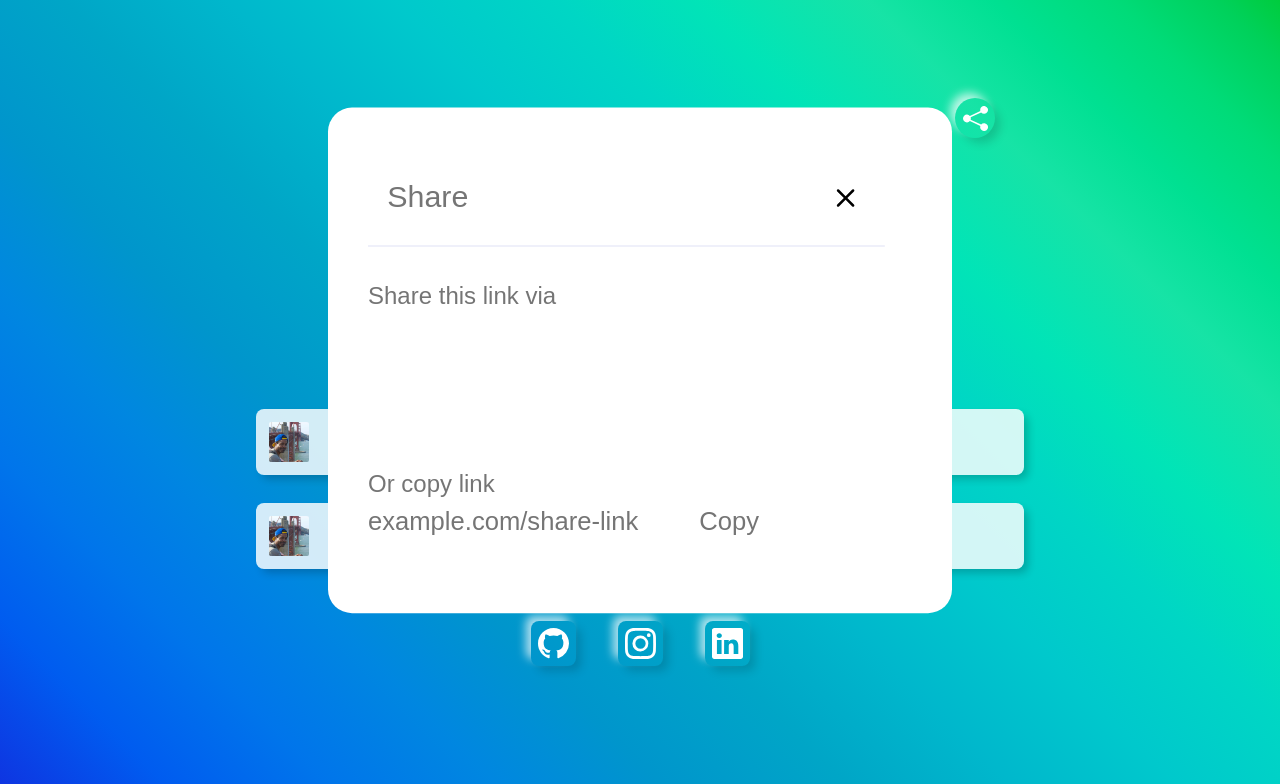
Repository: MateLaDBrouille97/linktree
Page: /
An editor plug-in stored every save of this project. The page is shown before and after the next save, followed by the edit.
The browser window is 1280 px wide. The pictures show the whole page.
The project was rebuilt for these pictures with package versions that can differ from the ones it lists, and the page was loaded fresh each time. The framework's server and built-in components were replaced by stand-ins that run in the browser. Also part of the build but not shown: next.config.js, styles/Home.module.css, styles/scrollup.css.

Above is the page before, as saved 2023-01-23 21:48:52.

### app/layout.tsx
"use client";

import '@/styles/globals.css'
import '../styles/Home.module.css';
import '../styles/scrollup.css';
import '../styles/home.css';
import '../styles/socials.css';
import '../styles/share.css';
import ScrollDow from '../components/ScrollDow';
import ScrollUp from '../components/scrollup/ScrollUp'

export default function RootLayout({
    children,
  }: {
    children: React.ReactNode;
  }) {
    return (
      <html lang="en">
        <body>{children}</body>
        {/* <ScrollDow/> */}
        {/* <ScrollUp/> */}
      </html>
    );
  }

### app/page.tsx
"use client";

import Image from "next/image";
import data from "data.json";
import image from "../public/ManuelTL2.jpg";
import image1 from "../public/ManuelTL2.jpg";
import { useEffect, useState } from "react";
import Socials from "../components/Socials";
import Share from "@/components/Share";

function LinkCard({
  href,
  title,
  image,
}: {
  href: string;
  title: string;
  image?: string;
}) {
  return (
    <a
      href={href}
      className="flex items-center p-3 w-full rounded-lg hover:scale-105 transition-all bg-gray-100 mb-3 -mt-2 max-w-3xl home__linkcard-box"
    >
      <div className="flex text-center w-full home__linkcard-card">
        <div className="w-10 h-10 home__linkcard-img">
          {image1 && (
            <Image
              className="rounded-sm"
              alt={data.name}
              src={image1}
              width={40}
              height={40}
            />
          )}
        </div>
        <h2 className="flex justify-center items-center font-semibold w-full text-gray-700 -ml-10 home__linkcard-title">
          {title}
        </h2>
      </div>
    </a>
  );
}

export default function Home() {
  /*==================== Toggle Menu ====================== */
  const [toggle, showMenu] = useState(false);
  const [activeNav, setActiveNav] = useState("#home");

  /* +++++++++++++++++++++++++++++++++++++++++++++++++ */
  // const { dbUser, image } = useUserContext();

  // const breakpoints = (width) => {
  //   if (width < 640) {
  //     return "xs";
  //   } else if (width >= 640 && width < 768) {
  //     return "sm";
  //   } else if (width >= 768 && width < 1024) {
  //     return "md";
  //   } else if (width >= 1024) {
  //     return "lg";
  //   }
  // };

  // const [breakpoint, setBreakpoint] = useState(() =>
  //   breakpoints(typeof window !== "undefined" && window.innerWidth)
  // );

  useEffect(() => {
    if (toggle) {
      // const calcInnerWidth = function () {
      //   setBreakpoint(breakpoints(window.innerWidth));
      // };
      // window.addEventListener("resize", calcInnerWidth);
      window.addEventListener("scroll", function () {
        const header = this.document.querySelector(".header");
        //scroll higher than 200 viewport height
        //add scroll header class to a tag with the scroll-top
        if (this.scrollY >= 80) header?.classList.add("scroll-header");
        else header?.classList.remove("scroll-header");
      });
    }
  }, []);

  useEffect(() => {
    showMenu(true);
  }, []);

  return (
    <div className="flex items-center flex-col mx-auto w-full justify-center mt-16 px-8 ">
      <Share/>
      <a
        href="#home"
        onClick={() => setActiveNav("#home")}
        // className={
        //   activeNav === "#home" ? "nav__logo active-link" : "nav__logo"
        // }
      >
        <Image
          className="rounded-full"
          alt={data.name}
          src={image}
          width={96}
          height={96}
        />
      </a>

      <h1 className="font-semibold mt-4 mb-8 text-xl" style={{color:"white"}}>{data.name}</h1>
      <h3 className="home__description" style={{color:"white"}}>{data.small_description}</h3>

      <div className="grid place-items-center w-full mt-2">
        {data.links.map((link) => (
          <LinkCard key={link.href} {...link} />
        ))}
      </div>

      <div className="gap-3 items-center flex mt-10">
        {data?.socials?.map((social) => {
         return(

          <Socials title={social?.title} key={social?.href} />
          )
        })}
      </div>
    </div>
  );
}

### styles/globals.css
@tailwind base;
@tailwind components;
@tailwind utilities;

body{
  height:100vh;
  background-image: linear-gradient(
  45deg,
  hsl(229deg 88% 47%) 0%,
  hsl(217deg 100% 47%) 8%,
  hsl(210deg 100% 46%) 16%,
  hsl(204deg 100% 44%) 24%,
  hsl(196deg 100% 40%) 32%,
  hsl(190deg 100% 39%) 41%,
  hsl(186deg 100% 40%) 49%,
  hsl(181deg 100% 40%) 57%,
  hsl(175deg 100% 42%) 65%,
  hsl(168deg 99% 45%) 72%,
  hsl(162deg 82% 49%) 80%,
  hsl(159deg 100% 44%) 86%,
  hsl(153deg 100% 43%) 92%,
  hsl(146deg 100% 41%) 97%,
  hsl(138deg 100% 40%) 100%
);
}

@import  url('https://api.iconify.design/material-symbols/arrow-upward.svg');

/*=============== GOOGLE FONTS ===============*/
@import url("https://fonts.googleapis.com/css2?family=Poppins:wght@400;500;600&display=swap");

/*=================== NEXT.JS ================*/

html,
body {
  padding: 0;
  margin: 0;
  font-family: -apple-system, BlinkMacSystemFont, Segoe UI, Roboto, Oxygen,
    Ubuntu, Cantarell, Fira Sans, Droid Sans, Helvetica Neue, sans-serif;
}

h1 {
  font-size: 1.75rem;
}




/*=============== VARIABLES CSS ===============*/
:root {
  --header-height: 3rem;

  /*========== Colors ==========*/
  /*Color mode HSL(hue, saturation, lightness)*/
  --hue: 0;
  --sat: 0%;
  --title-color: hsl(var(--hue), var(--sat), 20%);
  --title-color-dark: hsl(var(--hue), var(--sat), 0%);
  --text-color: hsl(var(--hue), var(--sat), 46%);
  --body-color: hsl(var(--hue), var(--sat), 98%);
  --container-color: #fff;

  /*========== Font and typography ==========*/
  --body-font: "Poppins", sans-serif;

  /*.5rem = 8px | 1rem = 16px ...*/
  --big-font-size: 3.5rem;
  --h1-font-size: 2.75rem;
  --h2-font-size: 1.5rem;
  --h3-font-size: 1.25rem;
  --normal-font-size: 1rem;
  --small-font-size: 0.875rem;
  --smaller-font-size: 0.813rem;
  --tiny-font-size: 0.625rem;

  /*========== Font weight ==========*/
  --font-normal: 400;
  --font-medium: 500;
  --font-semi-bold: 600;

  /*========== Margenes Bottom ==========*/
  /*.5rem = 8px | 1rem = 16px ...*/
  --mb-0-25: 0.25rem;
  --mb-0-5: 0.5rem;
  --mb-0-75: 0.75rem;
  --mb-1: 1rem;
  --mb-1-5: 1.5rem;
  --mb-2: 2rem;
  --mb-2-5: 2.5rem;
  --mb-3: 3rem;

  /*========== z index ==========*/
  --z-tooltip: 10;
  --z-fixed: 100;
  --z-modal: 1000;
}

/* Responsive typography */
@media screen and (max-width: 992px) {
  :root {
    --big-font-size: 2.75rem;
    --h1-font-size: 1.5rem;
    --h2-font-size: 1.25rem;
    --h3-font-size: 1rem;
    --normal-font-size: 0.938rem;
    --small-font-size: 0.813rem;
    --smaller-font-size: 0.75rem;
  }
}

/*=============== BASE ===============*/
* {
  margin: 0;
  padding: 0;
  box-sizing: border-box;
}

html {
  scroll-behavior: smooth;
}

body,
button,
input,
textarea {
  font-family: var(--body-font);
  font-size: var(--normal-font-size);
}

body {
  background-color: var(--body-color);
  color: var(--text-color);
}

h1,
h2,
h3 {
  color: var(--title-color);
  font-weight: var(--font-semi-bold);
}

ul {
  list-style: none;
}

a {
  text-decoration: none;
}

button {
  cursor: pointer;
  border: none;
  outline: none;
}

img {
  max-width: 100%;
  height: auto;
}

/*=============== REUSABLE CSS CLASSES ===============*/
.section {
  padding: 6rem 0 2rem;
}

.section__title {
  font-size: var(--h1-font-size);
  color: var(--title-color);
}

.section__subtitle {
  display: block;
  font-size: var(--normal-font-size);
  margin-bottom: 4rem;
}

.section__title,
.section__subtitle {
  text-align: center;
}

/*=============== LAYOUT ===============*/
.container {
  max-width: 968px;
  margin-left: auto;
  margin-right: auto;
}

.grid {
  display: grid;
  gap: 1.5rem;
}

/*=============== BUTTONS ===============*/
.button {
  display: inline-block;
  background-color:rgb(100, 189, 140);
  color: var(--container-color);
  padding: 1.25rem 2rem;
  border-radius: 1rem;
  font-weight: var(--font-medium);
}

.button:hover {
  background-color: rgb(81, 209, 138);
  color: var(--container-color);
}

.button__icon {
  margin-left: var(--mb-0-5);
}

.button--flex {
  display: inline-flex;
  align-items: center;

}




/*=============== BREAKPOINTS ===============*/
/* For large devices */
@media screen and (max-width: 992px) {
  .container {
    margin-left: var(--mb-1-5);
    margin-right: var(--mb-1-5);
  }

  .button {
    padding: 1rem 1.75rem;
  }

  .button__icon {
    width: 22px;
    height: 22px;
  }
}

/* For medium devices */
@media screen and (max-width: 768px) {
  body {
    margin: 0 0 var(--header-height) 0;
  }

  .section {
    padding: 2rem 0 4rem;
  }

  .section__subtitle {
    margin-bottom: var(--mb-3);
  }
}

@media screen and (max-width: 576px) {

}

/* For small devices */
@media screen and (max-width: 350px) {
  :root {
    --big-font-size: 2.25rem;
  }

  .container {
    margin-left: var(--mb-1);
    margin-right: var(--mb-1);
  }
}

### styles/home.css
.home__container{
    row-gap: 7rem;
}

.home__content{
    grid-template-columns: 116px repeat(2, 1fr);
    padding-top: 5.5rem;
    column-gap: 2rem;
    align-items: center;
}

.home__social{
    display:grid;
    grid-template-columns: max-content;
    row-gap: 1rem;
}

.home__social-icon{
    font-size:1.25rem;
    color: var(--title-color);
}

.home__social-icon:hover{
    color:rgb(165, 30, 75);
}



.home__social-icon:hover{
    color: var(--title-color-dark);
}

.home__title{
    font-size:var(--h1-font-size);
    margin-bottom:var(--mb-0-25);
}

.home__hand{
    width: 38px;
    height: 38px;
    margin-left: 0.4rem;
}

.home__subtitle{
    position: relative;
    font-size:var(--h3-font-size);
    padding-left: 5.4rem;
    font-weight: var(--font-normal);
    margin-bottom: var(--mb-1);
}

.home__subtitle::before{
    content:'';
    position:absolute;
    width: 70px;
    height:1px;
    background-color:var(--text-color);
    left:0;
    top:1rem;
}

.home__description{
    max-width:400px;
    margin-bottom: var(--mb-3);
    line-height: 1.7;
}

.home__linkcard-box{
    background-color: rgba(255, 255, 255, 0.829);
    border-color: whitesmoke;
    border-width: 3px;
    transition: transform 0.5s;
    box-shadow: 5px 5px 9px -1px rgba(0,0,0,0.2);

    border: 1px solid rgba(0,0,0,0);
    transition: transform 0.5s;
}

.home__linkcard-box:hover{
    box-shadow: 10px 10px 0px -1px rgba(0,0,0,0.15),
                1px 1px 0.5px  rgba(0,0,0,0.15),
                0px -12px 10px -10px  rgba(0,0,0,0.05);
     border: 1px solid   rgba(0,0,0,0.1);
    /* transform:translateY(-2px)  ;    */
}

.home__linkcard-box::after{
    transition: transform 0.5s;
}

.home__linkcard-box:hover::after .home__linkcard-title {
    transition: transform 0.7s;
}

.home__linkcard-box:hover::after .home__linkcard-img {
    transition: transform 0.7s;
}

.home__linkcard-box:hover .home__linkcard-title{
    transform:scale(1.05);
    transition: transform 0.5s;
}

.home__linkcard-box:hover .home__linkcard-img{
    transform:scale(1.15);
    transition: transform 0.5s;
}




.home__img{
/* background: url(../../assets/Mur.jpg); */
background-repeat: no-repeat;
background-position: center;
background-size: cover;
box-shadow: inset 0 0 0 9px rgb(255 255 255/30%);
order: 1;
justify-self: center;
width:375px ;
height: 350px;
animation: profile__animate 8s ease-in-out infinite 1s;
}

@keyframes profile__animate {
    0%{
        border-radius: 60% 40% 30% 70%/60% 30% 70% 40%;
    }

    50%{
        border-radius: 30% 60% 70% 40%/50% 60% 30% 60%;
    }

    100%{
        border-radius: 60% 40% 30% 70%/60% 30% 70% 40%;
    }
}

.home__scroll{
    position:fixed;
    left: 2.5rem;
    bottom: 3rem;
    /* opacity:0.8; */
    padding:0.3rem 0.5rem;
    border-radius:0.4rem;
    z-index: var(--z-tooltip);
    transition: .4s;
}


.wheel {
    animation: scroll 2s ease infinite;
}

@keyframes scroll{
    0% {
        transform: translateY(0);
    }
    30% {
        transform: translateY(3.7rem);
    }

}


.home__scroll-name{
    color: rgba(255, 255, 255, 0.829);
    font-weight: var(--font-medium);
    margin-right: var(--mb-0-25);
    margin-left: 2px;
}

.home__scroll-arrow{
    font-size: 1.25rem;
    color: rgba(255, 255, 255, 0.829);
}


/*=============== BREAKPOINTS ===============*/
/* For large devices */
@media screen and (max-width: 992px) {
    .home__content{
        grid-template-columns: 100px repeat(2, 1fr);
        column-gap: 1.25rem;

    }

    .home__hand{
        width:26px;
        height:26px;
    }

    .home__subtitle{
        padding-left: 3.75rem;
        margin-bottom: var(--mb-1);

    }

    .home__subtitle::before {
        width:42px;
        top:0.8rem;
    }

    .home__description{
        max-width: initial;
        margin-bottom: var(--mb-2-5);
    }

    .home__img{
        width:250px;
        height:250px;
        box-shadow:inset 0 0 0 8px rgb(255 255 255/30%)
    }

    .home__scroll{
        margin-left: 7.5rem;
    }



  }

  /* For medium devices */
  @media screen and (max-width: 768px) {
    .home__content{
        grid-template-columns: 0.5fr 3fr;
        padding-top: 3.5rem;
    }

    .home__img{
        order:initial;/* ordre d'apparition de l'element*/
        justify-self: initial;
        box-shadow: inset 0 0 0 9px rgb(255 255 255/30%);
        width:200px;
        height: 200px;
    }

    .home__data{
        grid-column:1/3;
    }

    .home__scroll{
        display:none;
    }


  }



  /* For small devices */
  @media screen and (max-width: 350px) {


    .home__img{

        width:180px ;
        height: 180px;
    }

    .home__hand{
        width:22px;
        height:22px;
    }


  }

### styles/socials.css
/* .social__link{
    color: var(--container-color);
    font-size: 1.125rem;
    padding: 0.4rem;
    border-radius:1.5rem;
    display: inline-flex;
} */
/*
.social__link:hover{
    background-color:rgba(44, 203, 224, 0.986);
} */

.social__link{
    display:flex;
    /* background-color: var(--container-color); */
    color: var(--container-color);
    height: 45px;
    width: 45px;
    margin: 0 15px;
    border-radius: 8px;
    align-items: center;
    justify-content:center;
    text-decoration: none;
    box-shadow: 6px 6px 10px -1px rgba(0,0,0,0.15),
                -6px -6px 10px -1px rgba(255,255,255,0.7);
    border: 1px solid   rgba(0,0,0,0);
    transition: transform 0.5s;
}

a svg {
    font-size: 38px;
    color: white;
    transition: transform 0.5s;
}


.social__link:hover{
    background-color: rgba(255, 255, 255, 0.829);
    box-shadow: inset 4px 4px 6px -1px rgba(0,0,0,0.2),
                inset -4px -4px 6px -1px rgba(255,255,255,0.7),
                -0.5px -0.5px 0px  rgba(255,255,255,1),
                0.5px 0.5px 0px  rgba(0,0,0,0.15),
                0px -12px 10px -10px  rgba(0,0,0,0.05);
    border: 1px solid   rgba(0,0,0,0.1);
    transform:translateY(2px)  ;
}


a:hover svg{
    transform: scale(1.10);
    fill: black;
    transition: transform 0.5s;
}

a:hover .bi-linkedin{
    fill:rgb(18, 83, 203) ;
    transform:scale(1.10);
    transition: transform 0.5s;
}

a:hover .bi-instagram{
    fill:#e64771;
    transform:scale(1.10);
    transition: transform 0.5s;
}


/*=============== BREAKPOINTS ===============*/
/* For large devices */
@media screen and (max-width: 992px) {


    .social__link:hover{

        box-shadow: inset 4px 4px 6px -1px rgba(0,0,0,0.2),
                    inset -4px -4px 6px -1px rgba(255,255,255,0.7),
                    -0.5px -0.5px 0px  rgba(255,255,255,1),
                    0.5px 0.5px 0px  rgba(0,0,0,0.15),
                    0px -12px 10px -10px  rgba(0,0,0,0.05);
        border: 1px solid   rgba(0,0,0,0.1);
        transform:translateY(2px)  ;
    }




  }

  /* For medium devices */
  @media screen and (max-width: 768px) {




  }



  /* For small devices */
  @media screen and (max-width: 350px) {





  }

### styles/share.css
/*          Share   Items  */

.share-link {
  display: flex;
  /* background-color: var(--container-color); */
  color: var(--container-color);
  height: 45px;
  width: 45px;
  margin: 0 15px;
  border-radius: 22px;
  align-items: center;
  justify-content: center;
  text-decoration: none;
  box-shadow: 6px 6px 10px -1px rgba(0, 0, 0, 0.15),
    -6px -6px 10px -1px rgba(255, 255, 255, 0.7);
  border: 1px solid rgba(0, 0, 0, 0);
  transition: transform 0.5s;
}

.share-link:hover {
  background-color: rgba(255, 255, 255, 0.829);
  box-shadow: inset 4px 4px 6px -1px rgba(0, 0, 0, 0.2),
    inset -4px -4px 6px -1px rgba(255, 255, 255, 0.7),
    -0.5px -0.5px 0px rgba(255, 255, 255, 1),
    0.5px 0.5px 0px rgba(0, 0, 0, 0.15),
    0px -12px 10px -10px rgba(0, 0, 0, 0.05);
  border: 1px solid rgba(0, 0, 0, 0.1);
  transform: translateY(2px);
}

/* .share-link .bi-share-fill{
    fill: white;
} */

.share-link:hover .bi-share-fill {
  fill: black;
  transform: scale(1.1);
  transition: transform 0.5s;
}

header {
  width: 95%;
  max-width: 788px;
  display: flex;
  justify-content: flex-end;
  padding: 12px;
  margin-top: 5px;
}

.share-button {
  width: 40px;
  height: 40px;
  border-radius: 20px;
  color: var(--container-color);
}

ul {
}

.content {
}

.share {
  width: 95%;
  max-width: 788px;
  display: flex;
  justify-content: flex-end;
  padding: 12px;
  margin-top: 5px;
}

.modal-share {
  position: absolute;
  top: 50%;
  left: 50%;
  transform: translate(-50%, -50%) scale(1.6);
  background: var(--container-color);
  padding: 25px;
  border-radius: 15px;
  max-width: 390px;
  width: 80%;
}

.modal-share header {
  display: flex;
  align-items: center;
  justify-content: space-between;
  padding-bottom: 15px;
  border-bottom: 1px solid #ebedf9;
}

header .close {

  height: 33px;
  width: 33px;
  background: var(--container-color);
  display: flex;
  align-items: center;
  justify-content: center;
  border-radius: 50%;
  cursor: pointer;
}

.modal-title {
  font-size: 19px;
  font-weight: 500;
}


.modal-share .content{
    margin: 20px 0;
}

.content p{
    font-size: 15px;

}

.content .icons{

}

### components/Socials.tsx
function GitHubIcon() {
  return (
    <a href="https://github.com/LuckyMate97" className="social__link">
      <svg xmlns="http://www.w3.org/2000/svg" width="31" height="31" fill="white" className="bi bi-github" viewBox="0 0 16 16"> <path d="M8 0C3.58 0 0 3.58 0 8c0 3.54 2.29 6.53 5.47 7.59.4.07.55-.17.55-.38 0-.19-.01-.82-.01-1.49-2.01.37-2.53-.49-2.69-.94-.09-.23-.48-.94-.82-1.13-.28-.15-.68-.52-.01-.53.63-.01 1.08.58 1.23.82.72 1.21 1.87.87 2.33.66.07-.52.28-.87.51-1.07-1.78-.2-3.64-.89-3.64-3.95 0-.87.31-1.59.82-2.15-.08-.2-.36-1.02.08-2.12 0 0 .67-.21 2.2.82.64-.18 1.32-.27 2-.27.68 0 1.36.09 2 .27 1.53-1.04 2.2-.82 2.2-.82.44 1.1.16 1.92.08 2.12.51.56.82 1.27.82 2.15 0 3.07-1.87 3.75-3.65 3.95.29.25.54.73.54 1.48 0 1.07-.01 1.93-.01 2.2 0 .21.15.46.55.38A8.012 8.012 0 0 0 16 8c0-4.42-3.58-8-8-8z"/> </svg>
    </a>
  );
}

function InstagramIcon() {
  return (
    <a href="https://www.instagram.com/oto.mata33/" className="social__link">
      <svg xmlns="http://www.w3.org/2000/svg" width="31" height="31" fill="white" className="bi bi-instagram" viewBox="0 0 16 16"> <path d="M8 0C5.829 0 5.556.01 4.703.048 3.85.088 3.269.222 2.76.42a3.917 3.917 0 0 0-1.417.923A3.927 3.927 0 0 0 .42 2.76C.222 3.268.087 3.85.048 4.7.01 5.555 0 5.827 0 8.001c0 2.172.01 2.444.048 3.297.04.852.174 1.433.372 1.942.205.526.478.972.923 1.417.444.445.89.719 1.416.923.51.198 1.09.333 1.942.372C5.555 15.99 5.827 16 8 16s2.444-.01 3.298-.048c.851-.04 1.434-.174 1.943-.372a3.916 3.916 0 0 0 1.416-.923c.445-.445.718-.891.923-1.417.197-.509.332-1.09.372-1.942C15.99 10.445 16 10.173 16 8s-.01-2.445-.048-3.299c-.04-.851-.175-1.433-.372-1.941a3.926 3.926 0 0 0-.923-1.417A3.911 3.911 0 0 0 13.24.42c-.51-.198-1.092-.333-1.943-.372C10.443.01 10.172 0 7.998 0h.003zm-.717 1.442h.718c2.136 0 2.389.007 3.232.046.78.035 1.204.166 1.486.275.373.145.64.319.92.599.28.28.453.546.598.92.11.281.24.705.275 1.485.039.843.047 1.096.047 3.231s-.008 2.389-.047 3.232c-.035.78-.166 1.203-.275 1.485a2.47 2.47 0 0 1-.599.919c-.28.28-.546.453-.92.598-.28.11-.704.24-1.485.276-.843.038-1.096.047-3.232.047s-2.39-.009-3.233-.047c-.78-.036-1.203-.166-1.485-.276a2.478 2.478 0 0 1-.92-.598 2.48 2.48 0 0 1-.6-.92c-.109-.281-.24-.705-.275-1.485-.038-.843-.046-1.096-.046-3.233 0-2.136.008-2.388.046-3.231.036-.78.166-1.204.276-1.486.145-.373.319-.64.599-.92.28-.28.546-.453.92-.598.282-.11.705-.24 1.485-.276.738-.034 1.024-.044 2.515-.045v.002zm4.988 1.328a.96.96 0 1 0 0 1.92.96.96 0 0 0 0-1.92zm-4.27 1.122a4.109 4.109 0 1 0 0 8.217 4.109 4.109 0 0 0 0-8.217zm0 1.441a2.667 2.667 0 1 1 0 5.334 2.667 2.667 0 0 1 0-5.334z"/> </svg>
    </a>
  );
}

function LinkedInIcon() {
  return (
    <a href="https://ca.linkedin.com/" className="social__link">
      <svg xmlns="http://www.w3.org/2000/svg" width="31" height="31" fill="white" className="bi bi-linkedin" viewBox="0 0 16 16"> <path d="M0 1.146C0 .513.526 0 1.175 0h13.65C15.474 0 16 .513 16 1.146v13.708c0 .633-.526 1.146-1.175 1.146H1.175C.526 16 0 15.487 0 14.854V1.146zm4.943 12.248V6.169H2.542v7.225h2.401zm-1.2-8.212c.837 0 1.358-.554 1.358-1.248-.015-.709-.52-1.248-1.342-1.248-.822 0-1.359.54-1.359 1.248 0 .694.521 1.248 1.327 1.248h.016zm4.908 8.212V9.359c0-.216.016-.432.08-.586.173-.431.568-.878 1.232-.878.869 0 1.216.662 1.216 1.634v3.865h2.401V9.25c0-2.22-1.184-3.252-2.764-3.252-1.274 0-1.845.7-2.165 1.193v.025h-.016a5.54 5.54 0 0 1 .016-.025V6.169h-2.4c.03.678 0 7.225 0 7.225h2.4z"/> </svg>
    </a>
  );
}

function Socials({ title }:{title?:string;}) {
  if (title == "Instagram") {
    return <InstagramIcon  />;
  }
  if (title == "Github") {
    return <GitHubIcon  />;
  }
  if (title == "LinkedIn") {
    return <LinkedInIcon  />;
  }
}

export default Socials;

Loaded but not shown: data.json (35 lines, source omitted); tailwind.config.js (13 lines, source omitted); components/Share.tsx (116 lines, source omitted)

After the next save:
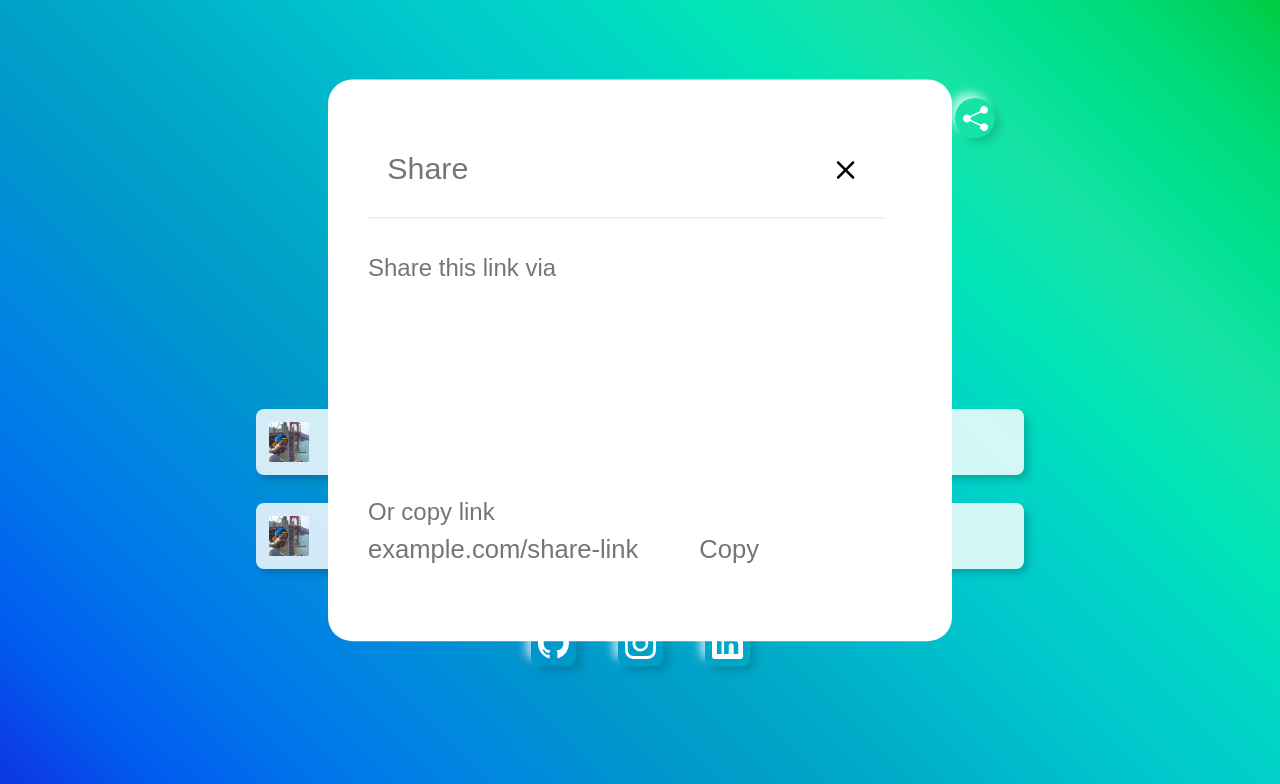
Saved 102 s later.
--- a/styles/share.css
+++ b/styles/share.css
@@ -117,5 +117,13 @@ header .close {
 }
 
 .content .icons{
+    margin: 15px 0 20px 0;
 
 }
+
+.cons a{
+    height: 50px;
+    width: 50px;
+    border:1px solid red;
+
+}
